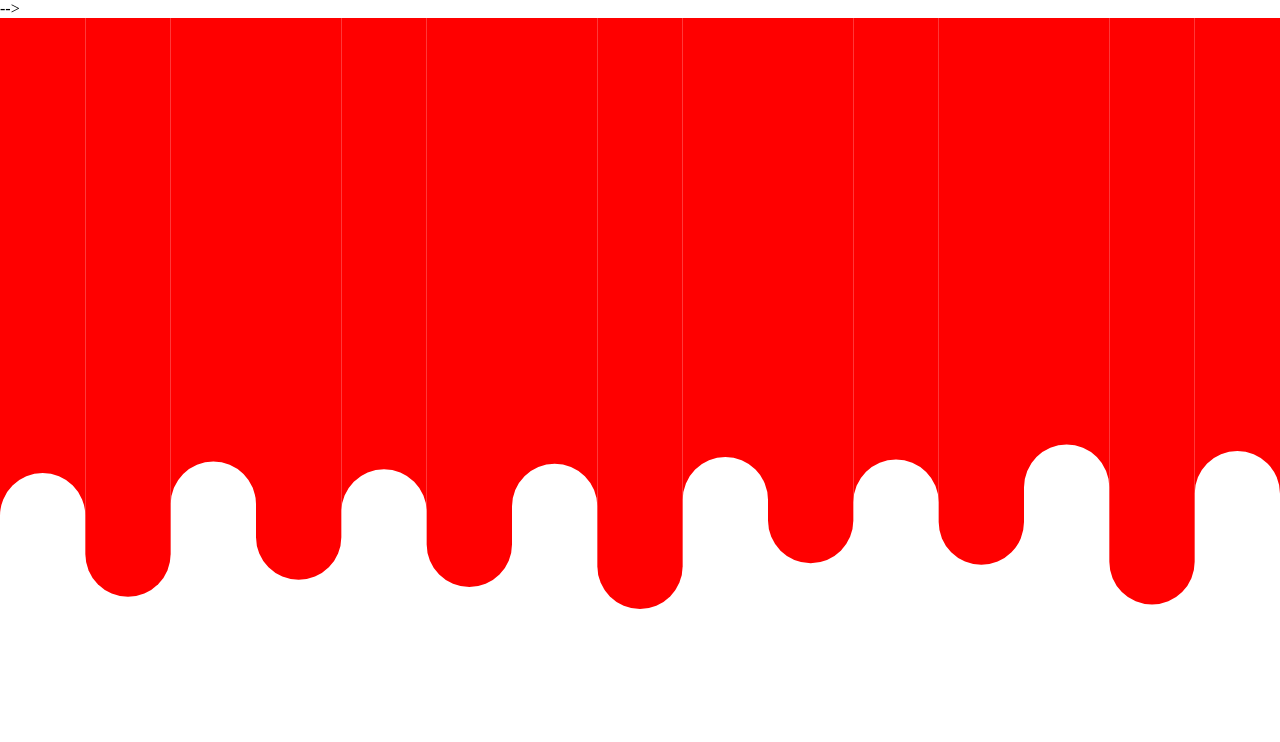
Repository: l-ollie/drip
Page: index.html
An editor plug-in stored every save of this project. The page is shown before and after the next save, followed by the edit.
The browser window is 1280 px wide. The pictures show the whole page.

Above is the page before, as saved 2022-06-29 02:25:55.

After the next save:
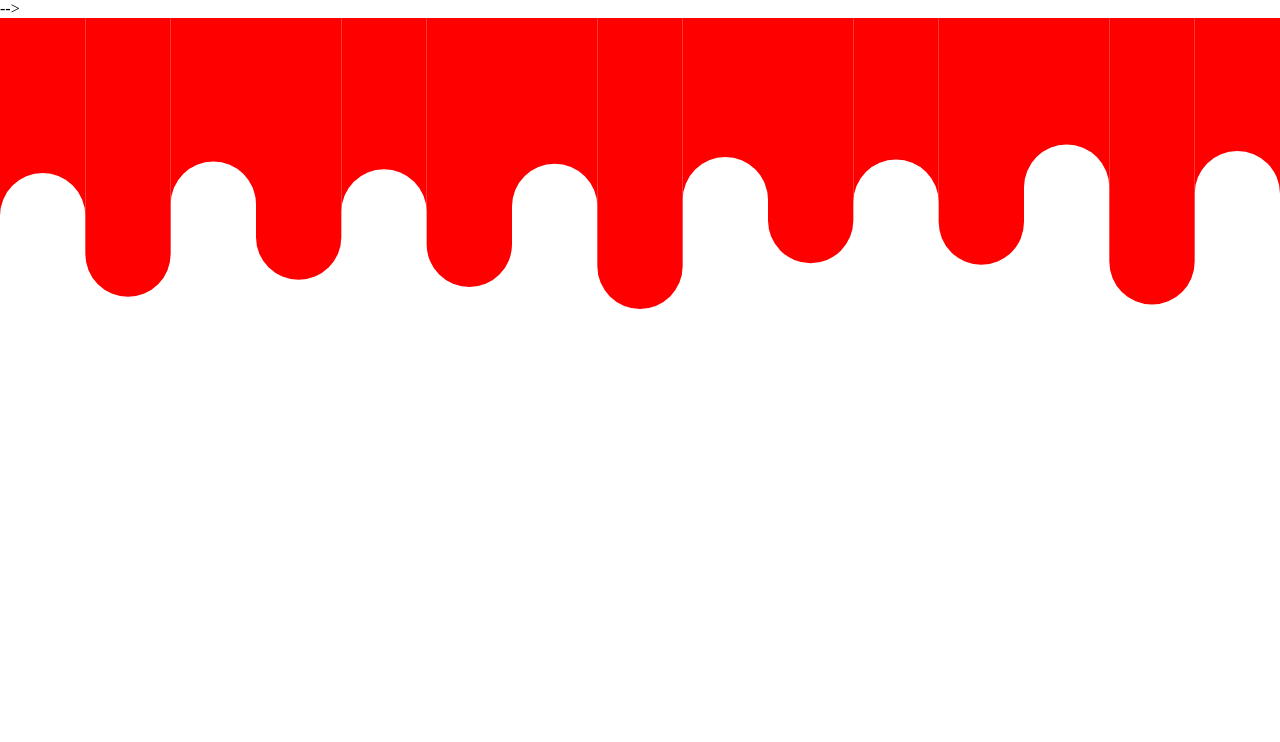
Saved 11 min 26 s later.
--- a/drip.js
+++ b/drip.js
@@ -69,7 +69,7 @@ function lowDrip(width, height, i) {
 function makeSVG() {
 	const amount = 15;
 	const width = 50;
-	const height = 500;
+	const height = 200;
 
 	const svgWidth = window.innerWidth / amount;
 	console.log(svgWidth);
